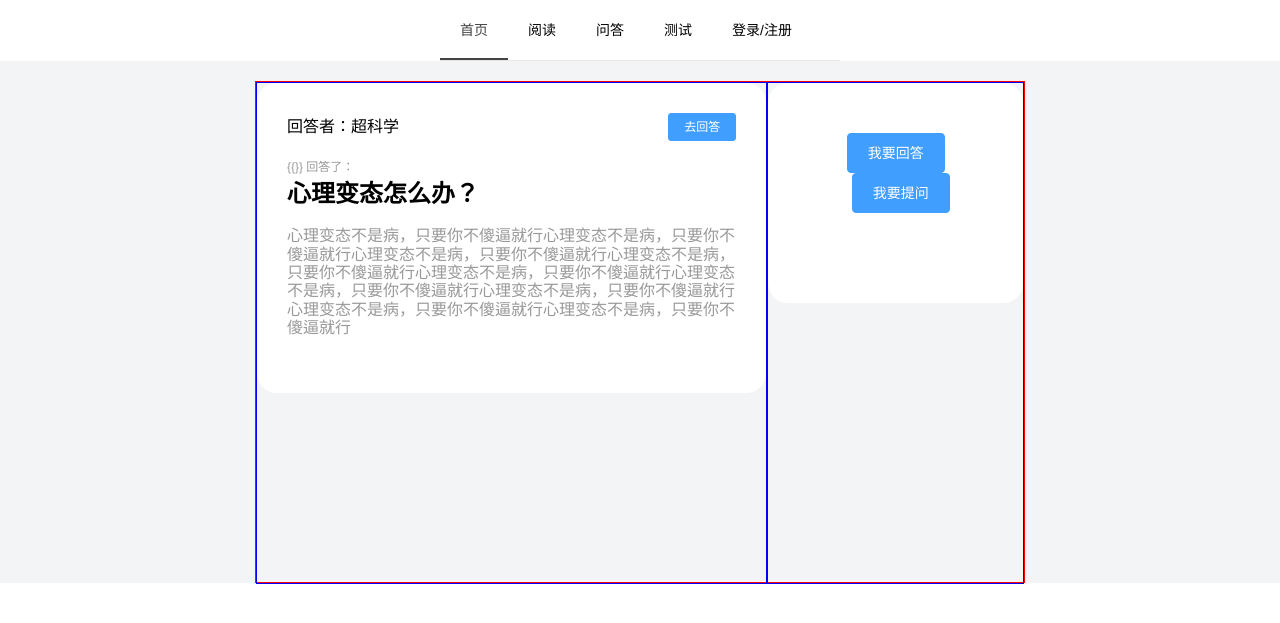
Repository: shengligo/xyx_vue_v1
Page: /qs
The author's editor kept a copy of each file at every save. The page is drawn from the files as they stood at one save, then again after the next save.
The browser window is 1280 px wide. The pictures show the whole page.
The project was rebuilt for these pictures with package versions that can differ from the ones it lists, and the page was loaded fresh each time. Also part of the build but not shown: vue.config.js, src/views/home/childComps/Art.vue, src/views/author/authors.vue.

Above is the page before, as saved 2021-09-04 16:19:57.

### public/index.html
<!DOCTYPE html>
<html lang="">
  <head>
    <meta charset="utf-8">
    <meta http-equiv="X-UA-Compatible" content="IE=edge">
    <meta name="viewport" content="width=device-width,initial-scale=1.0">
    <link rel="icon" href="<%= BASE_URL %>favicon.ico">
    <title>project0000001</title>
  </head>
  <body>
    <noscript>
      <strong>We're sorry but <%= htmlWebpackPlugin.options.title %> doesn't work properly without JavaScript enabled. Please enable it to continue.</strong>
    </noscript>
    <div id="app"></div>
    <!-- built files will be auto injected -->
  </body>
</html>

### src/main.js
import Vue from 'vue'
import App from './App.vue'
import router from './router'
import store from './store'
import 'element-ui/lib/theme-chalk/index.css';
import axios from "axios";
axios.defaults.baseURL = "/api"; // http://10.1.2.85:8091/essay
axios.defaults.headers.common["Content-Type"] ="application/json;charset=UTF-8";
axios.defaults.withCredentials = true // 表示跨域请求时是否需要使用凭证
Vue.prototype.$ajax = axios;
import ElementUI from 'element-ui'

Vue.config.productionTip = false
Vue.use(ElementUI)

new Vue({
  router,
  store,
  render: h => h(App)
}).$mount('#app')

### src/App.vue
<template>
  <div id="app">
    <nav-bar ></nav-bar>
    <!-- <carousel></carousel> -->
    <!-- <art></art> -->


    <router-view></router-view>

  </div>
</template>
<script>

import NavBar from './components/common/NavBar'
import Art from '@/views/home/childComps/Art'
// import Carousel from '@/components/common/Carousel'


export default {
  name: "app",
  components:{
    NavBar,
    Art,




  }
};
</script>



<style>
@import url('assets/css/normalize.css');
#app{
  font-family: "Helvetica Neue",Helvetica,"PingFang SC","Hiragino Sans GB","Microsoft YaHei","微软雅黑",Arial,sans-serif;
}



</style>

### src/router/index.js

import Vue from 'vue'
import VueRouter from 'vue-router'
import Auther from '../views/author/authors.vue'

const Home = () => import('../views/home/Home')

const Question = () => import('../views/questions/Question')
const Read = () => import('../views/read/Read')
const Test = () => import('../views/testing/Test')
const Login = () => import('../components/common/login/Login')
const originalPush = VueRouter.prototype.push

VueRouter.prototype.push = function push(location) {
  return originalPush.call(this, location).catch(err => err)
}
// fksdljfkjdsjflsdjlfja
Vue.use(VueRouter)

const routes = [
  {
    path: '/',
    name: 'Home',
    component: Home
  },
  {
    path: '/auther',
    component: Auther
  },
  // {
  //   path: '/home',
  //   name: 'Home',
  //   component: Home
  // },

  {
    path:'/qs',
    name:'Qs',
    component:Question
  },
  {
    path:'/read',
    name:'Read',
    component:Read
  },
  {
    path:'/test',
    name:'Test',
    component:Test
  },
  {
    path:'/login',
    name:'Login',
    component:Login
  }
]

const router = new VueRouter({
  mode: 'history',
  base: process.env.BASE_URL,
  routes
})

export default router

### src/store/index.js
import Vue from 'vue'
import Vuex from 'vuex'

Vue.use(Vuex)

export default new Vuex.Store({
  state: {
    activeIndex:'1',
    baceUrl: 'http://10.1.2.85:8091/'
  },
  mutations: {
    ChangeActive (state,index) {
      // console.log(state,index)
      state.activeIndex = index
    }
  },
  actions: {
  },
  modules: {
  }
})

### src/components/common/NavBar.vue
<template>
  <div>
     <div class="nav">

       <el-menu
          :default-active="$store.state.activeIndex"
          class="el-menu-demo"
          mode="horizontal"
          text-color="#000000"
          active-text-color="#444444"
        >
          <el-menu-item index="1" @click="itemclick">首页</el-menu-item>
          <el-menu-item index="2" @click="itemclick2">阅读</el-menu-item>
          <el-menu-item index="3" @click="itemclick3">问答</el-menu-item>
          <el-menu-item index="4" @click="itemclick4">测试</el-menu-item>
          <el-menu-item index="5" @click="itemclick5">登录/注册</el-menu-item>
        </el-menu>

     </div>

  </div>
</template>

<script>


export default {

  name: "navbar",
  data() {
    return {
    }
  },
  methods:{
    itemclick(){
      console.log('itemclick');
      this.$router.push("/")
    },
    itemclick2(){
      this.$router.push("/read")
    },
    itemclick3(){
      this.$router.push("./qs")
    },
    itemclick4(){
      this.$router.push('./test')
    },
    itemclick5(){
      this.$router.push('/login')
    }

  },

};
</script>

<style scoped>
.nav{

  margin: 0 auto;
  /* background-color: rgba(217, 221, 221, 0.918);
   */
   /* background-color: #5880A9; */
  padding: 0;


}
.nav>.el-menu{
  width: 400px;
  margin: 0 auto;
  /* background-color: rgba(217, 221, 221, 0.918); */
}

</style>

### src/views/questions/Question.vue
<template>
  <div id="question">
    <div class="bodyCenter">
      <div class="bodyright">
        <div v-for="(item,index) in results" :key="index" class="rightbox">

          <div>
            <div class="answerer">
              <span>回答者：{{item.answerer}}</span>
              <el-button type="primary" size="mini">去回答</el-button>
            </div>
            <div class="time">{{}} 回答了：</div>
            <h2 class="title">{{item.title}}</h2>
            <div class="answerContent">{{item.answerContent}}</div>
          </div>
        </div>
      </div>
      <div class="bodyleft">
        <div class="leftbox">
          <div class="leftboxbutton">
            <el-button type="primary" >我要回答</el-button>
            <el-button type="primary" >我要提问</el-button>
          </div>


        </div>
      </div>
    </div>
  </div>
</template>

<script>
export default {
  name: "question",
  data() {
    return {
      results: [
        {
          title: "心理变态怎么办？",
          quizzer: "花开富贵",
          quizContent: "心理超级变态是不是没救了",
          quizType: null,
          status: null,
          label: null,
          answerer: "超科学",
          answerContent:
            "心理变态不是病，只要你不傻逼就行心理变态不是病，只要你不傻逼就行心理变态不是病，只要你不傻逼就行心理变态不是病，只要你不傻逼就行心理变态不是病，只要你不傻逼就行心理变态不是病，只要你不傻逼就行心理变态不是病，只要你不傻逼就行心理变态不是病，只要你不傻逼就行心理变态不是病，只要你不傻逼就行",
          likePoint: 0
        }
      ]
    };
  }
};
</script>

<style scoped>
#question {
  width: 100%;
  height: 100%;
  padding-top: 20px;
  background-color: rgb(243, 244, 245);
}
.bodyCenter {
  width: 60%;
  height: 500px;
  margin: 0 auto;
  display: flex;
  border: 1px solid red;
}
.bodyright {
  border: 1px solid blue;
  /* width: 40%; */
  flex: 2;
  height: 500px;
}
.bodyleft {
  border: 1px solid blue;
  /* width: 20%; */
  flex: 1;
  height: 500px;
}
.rightbox {
  height: 250px;
  width: calc(100% - 60px);
  padding: 30px;
  border-radius: 20px;
  background-color: #fff;
}
.answerer {
  display: flex;
  justify-content: space-between;
  line-height: 28px;
}
.time {
  margin-top: 20px;
  font-size: 12px;
  color: #999;
}
.title {
  margin-top: 5px;
}
.answerContent {
  color: #999;
}
.leftbox {
  padding: 50px 30px;
  height: 120px;
  border-radius: 20px;
  background-color: #fff;
}
.leftboxbutton {
  text-align: center;
}
</style>

Loaded but not shown: src/assets/css/normalize.css (library)

After the next save:
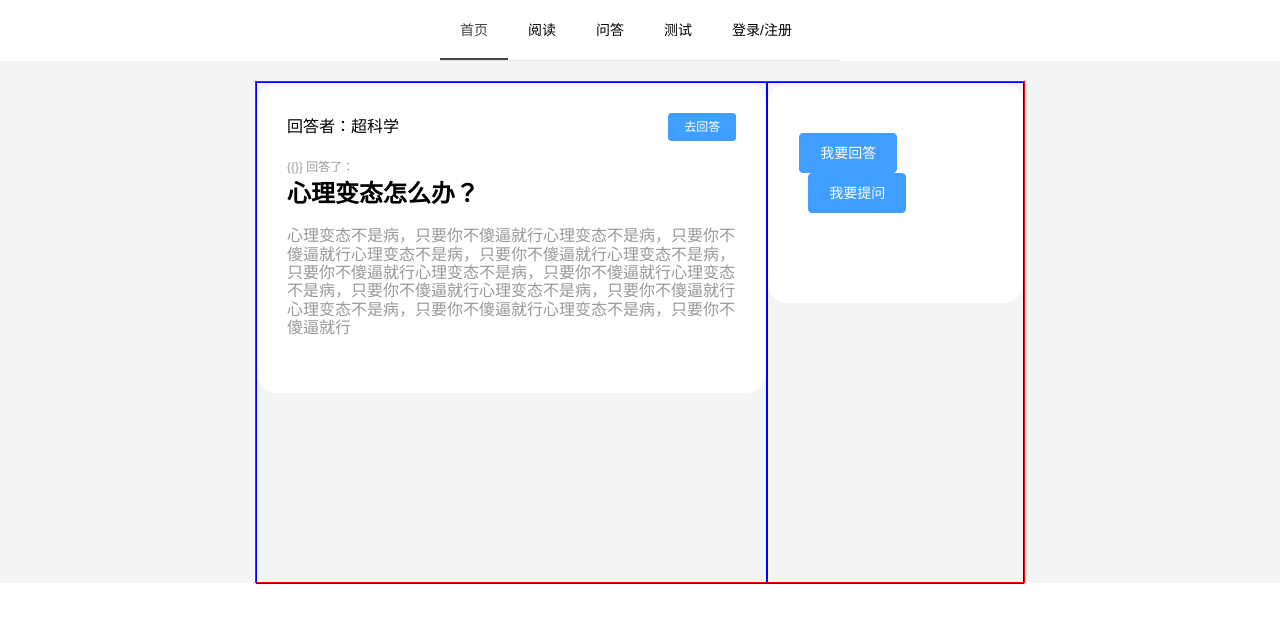
Saved 39 s later.
--- a/src/views/questions/Question.vue
+++ b/src/views/questions/Question.vue
@@ -111,4 +111,7 @@ export default {
 .leftboxbutton {
   text-align: center;
 }
+.leftboxbutton {
+  width: 100px;
+}
 </style>
